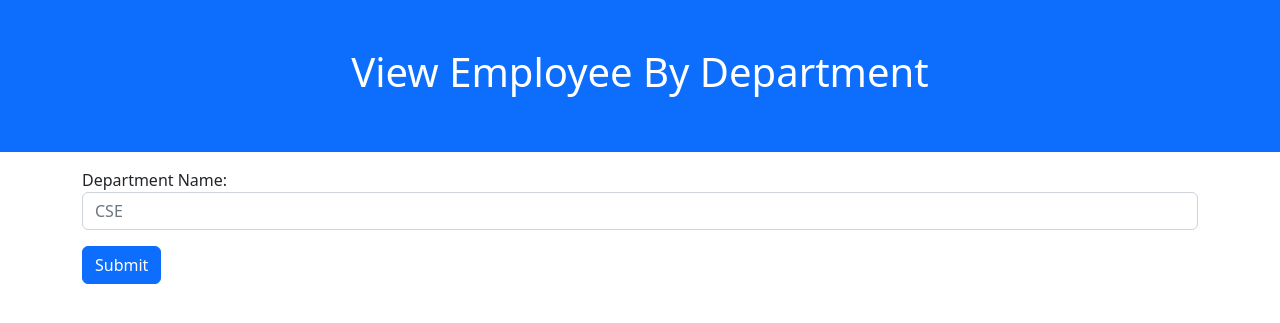
Repository: Rishicollinz/Java_Fullstack
Page: Eclipse 2/jspproject/src/main/webapp/view/bystatus.html
An editor plug-in stored every save of this project. The page is shown before and after the next save, followed by the edit.
The browser window is 1280 px wide. The pictures show the whole page.

Above is the page before, as saved 2023-05-18 16:24:08.

### Eclipse 2/jspproject/src/main/webapp/view/bystatus.html
<!DOCTYPE html>
<html>
<head>
<meta charset="UTF-8">
<title>View By department</title>

<link href="https://cdn.jsdelivr.net/npm/bootstrap@5.2.3/dist/css/bootstrap.min.css" rel="stylesheet">
<script src="https://cdn.jsdelivr.net/npm/bootstrap@5.2.3/dist/js/bootstrap.bundle.min.js"></script>

</head>
<body>

<div class="container-fluid p-5 bg-primary text-white text-center">
  <h1>View Employee By Department</h1>
</div>

<div class="container mt-3">
  <form action="bydept.jsp" method="post">
    <div class="mb-3 mt-3">
      <label for="deptName">Department Name:</label>
      <input type="text" class="form-control"  placeholder="CSE" name="deptName">
    </div>
    <button type="submit" class="btn btn-primary">Submit</button>
  </form>
</div>


</body>
</html>

After the next save:
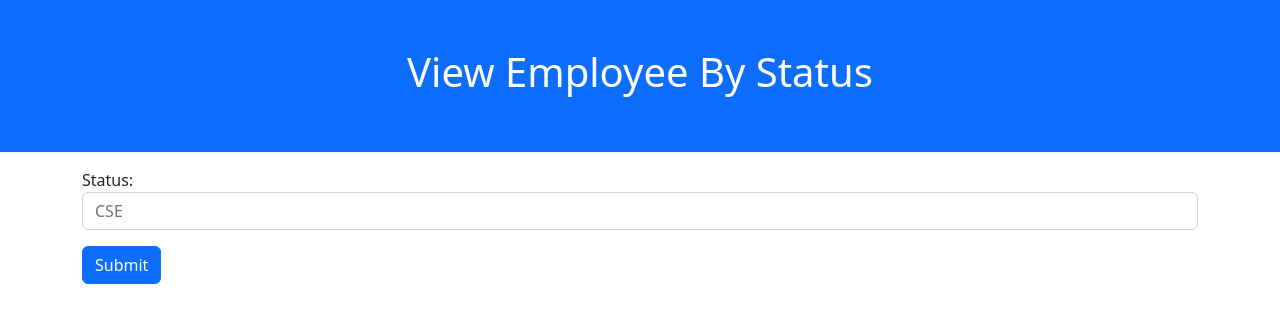
Saved 43 s later.
--- a/Eclipse 2/jspproject/src/main/webapp/view/bystatus.html
+++ b/Eclipse 2/jspproject/src/main/webapp/view/bystatus.html
@@ -2,7 +2,7 @@
 <html>
 <head>
 <meta charset="UTF-8">
-<title>View By department</title>
+<title>View By Status</title>
 
 <link href="https://cdn.jsdelivr.net/npm/bootstrap@5.2.3/dist/css/bootstrap.min.css" rel="stylesheet">
 <script src="https://cdn.jsdelivr.net/npm/bootstrap@5.2.3/dist/js/bootstrap.bundle.min.js"></script>
@@ -11,14 +11,14 @@
 <body>
 
 <div class="container-fluid p-5 bg-primary text-white text-center">
-  <h1>View Employee By Department</h1>
+  <h1>View Employee By Status</h1>
 </div>
 
 <div class="container mt-3">
-  <form action="bydept.jsp" method="post">
+  <form action="bystatus.jsp" method="post">
     <div class="mb-3 mt-3">
-      <label for="deptName">Department Name:</label>
-      <input type="text" class="form-control"  placeholder="CSE" name="deptName">
+      <label for="status">Status:</label>
+      <input type="text" class="form-control"  placeholder="CSE" name="status">
     </div>
     <button type="submit" class="btn btn-primary">Submit</button>
   </form>
